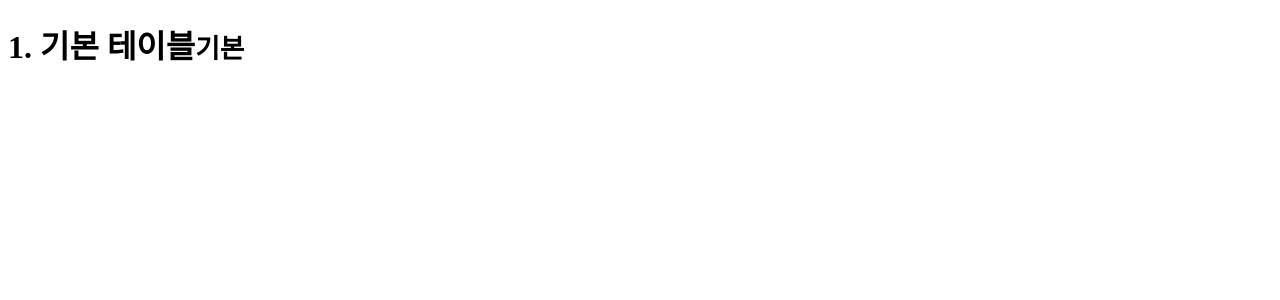
Repository: yhj4130/BootstrapStudy
Page: BootstrapWork/WebContent/BootEx02.html
The author's editor kept a copy of each file at every save. The page is drawn from the files as they stood at one save, then again after the next save.
The browser window is 1280 px wide. The pictures show the whole page.

Above is the page before, as saved 2019-06-12 01:35:28.

### BootstrapWork/WebContent/BootEx02.html
<!DOCTYPE html>
<html>
<head>
<meta charset="UTF-8">
<title>BootEx02.html</title>
</head>
<body>

<h1>1. 기본 테이블<small>기본</small></h1>



</body>
</html>

After the next save:
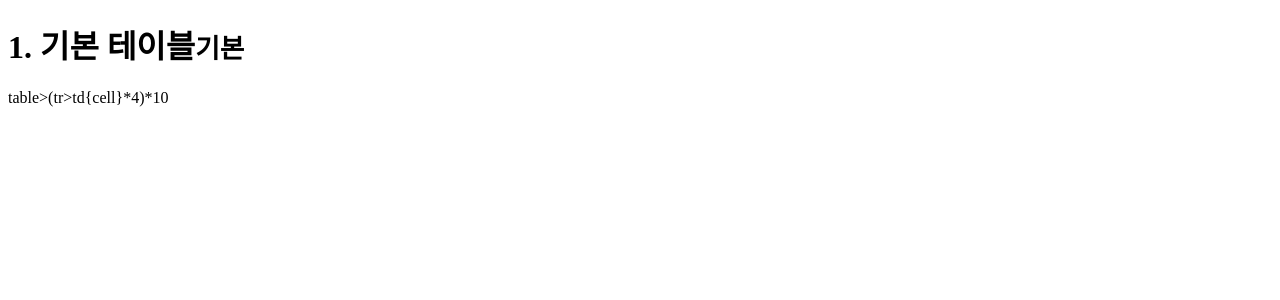
Saved 65 s later.
--- a/BootstrapWork/WebContent/BootEx02.html
+++ b/BootstrapWork/WebContent/BootEx02.html
@@ -8,7 +8,7 @@
 
 <h1>1. 기본 테이블<small>기본</small></h1>
 
-
+table>(tr>td{cell}*4)*10
 
 </body>
 </html>
